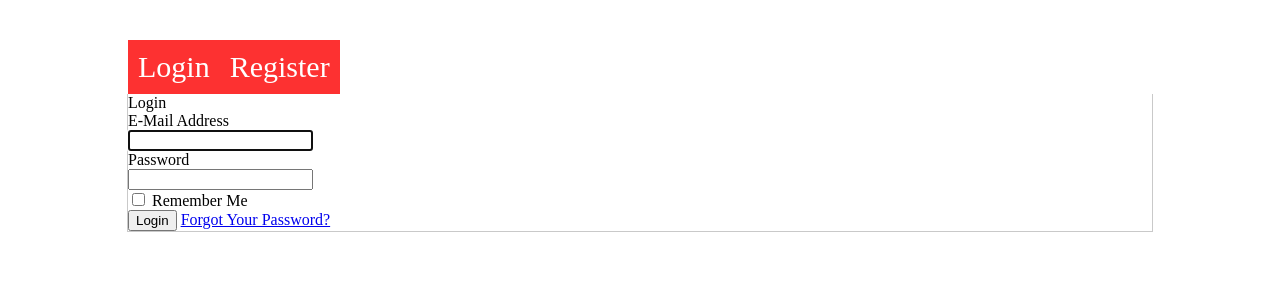
Repository: PatryxB/bikeService
Page: http://localhost/login
The author's editor kept a copy of each file at every save. The page is drawn from the files as they stood at one save, then again after the next save.
The browser window is 1280 px wide. The pictures show the whole page.
The page is served by the project's Laravel application, run on PHP 8.4 with Laravel 8. Other server files are loaded and not shown. Style sheets and scripts are compiled from the project's sources, by tool versions that may differ from the author's.

Above is the page before, as saved 2020-05-01 13:57:54.

### resources/views/layouts/app.blade.php
<!doctype html>
<html lang="{{ str_replace('_', '-', app()->getLocale()) }}">
<head>
    <meta charset="utf-8">
    <meta name="viewport" content="width=device-width, initial-scale=1">

    <!-- CSRF Token -->
    <meta name="csrf-token" content="{{ csrf_token() }}">

    <title>{{ config('app.name', 'Laravel') }}</title>

    <!-- Scripts -->
    <script src="{{ asset('js/app.js') }}" defer></script>

    <!-- Fonts -->
    <link rel="dns-prefetch" href="//fonts.gstatic.com">
    <link href="https://fonts.googleapis.com/css?family=Nunito" rel="stylesheet">

    <!-- Styles -->
    <link href="{{ asset('css/app.css') }}" rel="stylesheet">
</head>
<body>
    <div id="app">
        <nav>
            @if (Route::has('login'))
                @auth
                    <a href="{{ url('/home') }}">Home</a>
                @else
                    <a href="{{ route('login') }}">Login</a>

                    @if (Route::has('register'))
                        <a href="{{ route('register') }}">Register</a>
                    @endif
                @endauth
            @endif

        </nav>
        <main>
            @yield('content')
        </main>
    </div>
</body>
</html>

### resources/sass/app.scss
html, body{
    box-sizing: border-box;
    margin: 0;
    padding: 0;
}
nav{
    width: 80%;
    margin: 0 auto;
    margin-top: 40px;
    display: flex;
}
nav a{
    color: white;
    font-size: 30px;
    background-color: rgb(253, 49, 49);
    padding: 10px;
    margin: 0;
    text-decoration: none;
}
.container{
    width: 80%;
    margin: 0 auto;
    border: solid 1px rgba(165, 165, 165, .6);
    border-top: none;
}
.banner img{
    width: 100%;
    height: 50vh;
}

Loaded but not shown: routes/web.php (common file); app/Http/Controllers/Auth/LoginController.php (common file); app/Http/Controllers/Controller.php (common file); app/Http/Controllers/Auth/ConfirmPasswordController.php (common file); resources/views/auth/login.blade.php (common file)

After the next save:
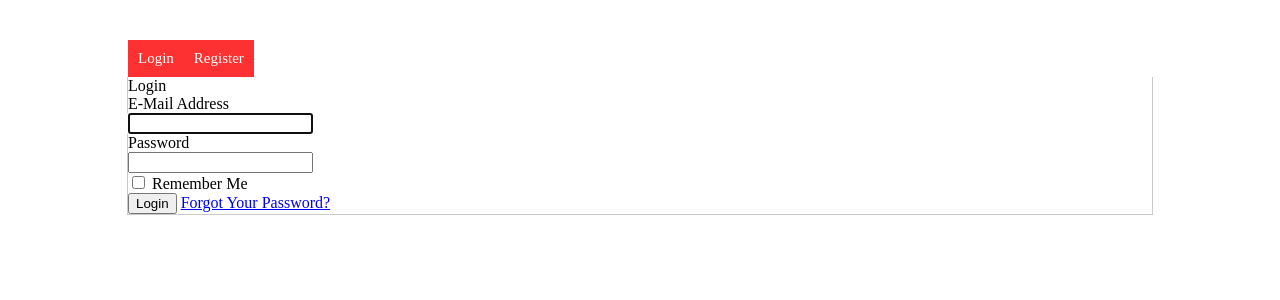
Saved 116 s later.
--- a/resources/sass/app.scss
+++ b/resources/sass/app.scss
@@ -11,7 +11,7 @@ nav{
 }
 nav a{
     color: white;
-    font-size: 30px;
+    font-size: 15px;
     background-color: rgb(253, 49, 49);
     padding: 10px;
     margin: 0;
